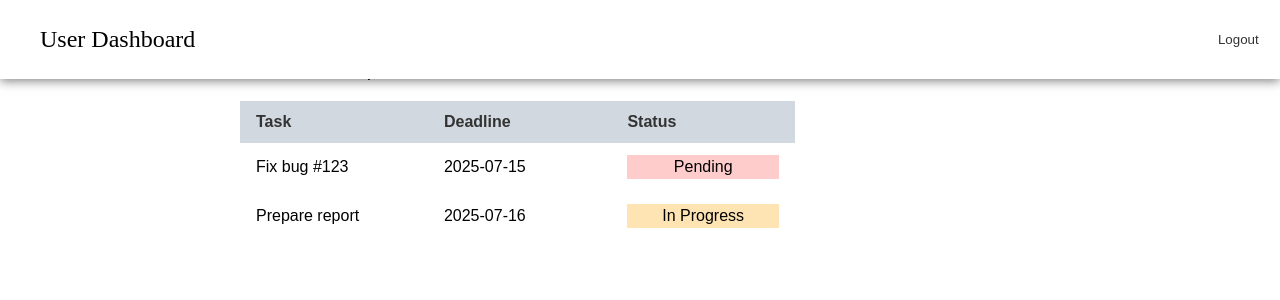
Repository: Edmund-Kiama/todoPHP
Page: /user (app in task-manager-frontend/)
These files come from the project's save history. The page is drawn as it stood at one moment and after a run of saves; the edit follows.
The browser window is 1280 px wide. The pictures show the whole page.
The project was rebuilt for these pictures with package versions that can differ from the ones it lists, and the page was loaded fresh each time. Also part of the build but not shown: task-manager-frontend/vite.config.js, task-manager-frontend/src/components/Login/login.css, task-manager-frontend/src/components/Login/Login.vue, task-manager-frontend/src/components/Admin/admin.css, task-manager-frontend/src/components/Admin/AdminDashboard.vue.

Above is the page before, as saved 2025-07-12 22:28:35.

After the next 2 saves:
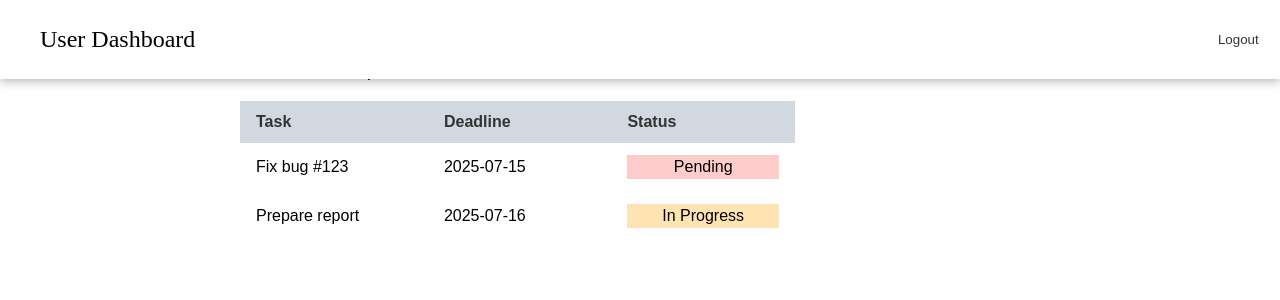
The 2 saves are shown as one change because they came seconds apart.
The last was saved 6 s later.
--- a/task-manager-frontend/src/components/Navbar/nav.css
+++ b/task-manager-frontend/src/components/Navbar/nav.css
@@ -3,7 +3,7 @@
     margin: 0;
     padding: 0;
     position: fixed;
-    box-shadow: 0 2px 10px rgba(0, 0, 0, 0.5);
+    box-shadow: 0 2px 10px rgba(0, 0, 0, 0.3);
     width: 100%;
     top: 0;
     left: 0;
